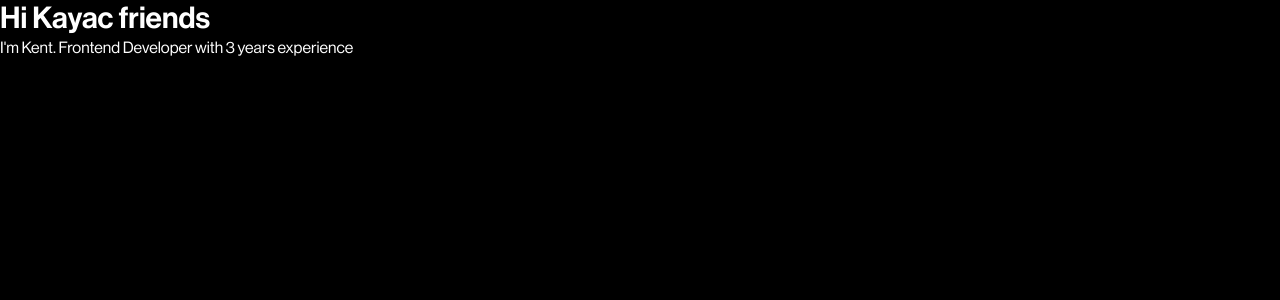
Repository: kentnathaniel/kayac-presentation
Page: /
An editor plug-in stored every save of this project. The page is shown before and after the next save, followed by the edit.
The browser window is 1280 px wide. The pictures show the whole page.
The project was rebuilt for these pictures with package versions that can differ from the ones it lists, and the page was loaded fresh each time. Also part of the build but not shown: vite.config.ts.

Above is the page before, as saved 2024-09-14 08:57:40.

After the next save:
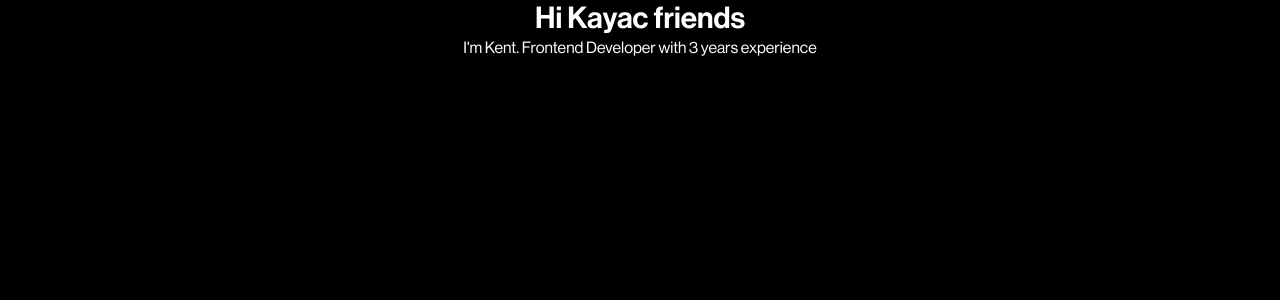
Saved 17 s later.
--- a/src/App.tsx
+++ b/src/App.tsx
@@ -1,6 +1,6 @@
 function App() {
   return (
-    <div className="w-screen">
+    <div className="flex flex-col items-center w-screen ">
       <h1 className="text-3xl">Hi Kayac friends</h1>
       <p className="font-thin">
         I'm Kent. Frontend Developer with 3 years experience
